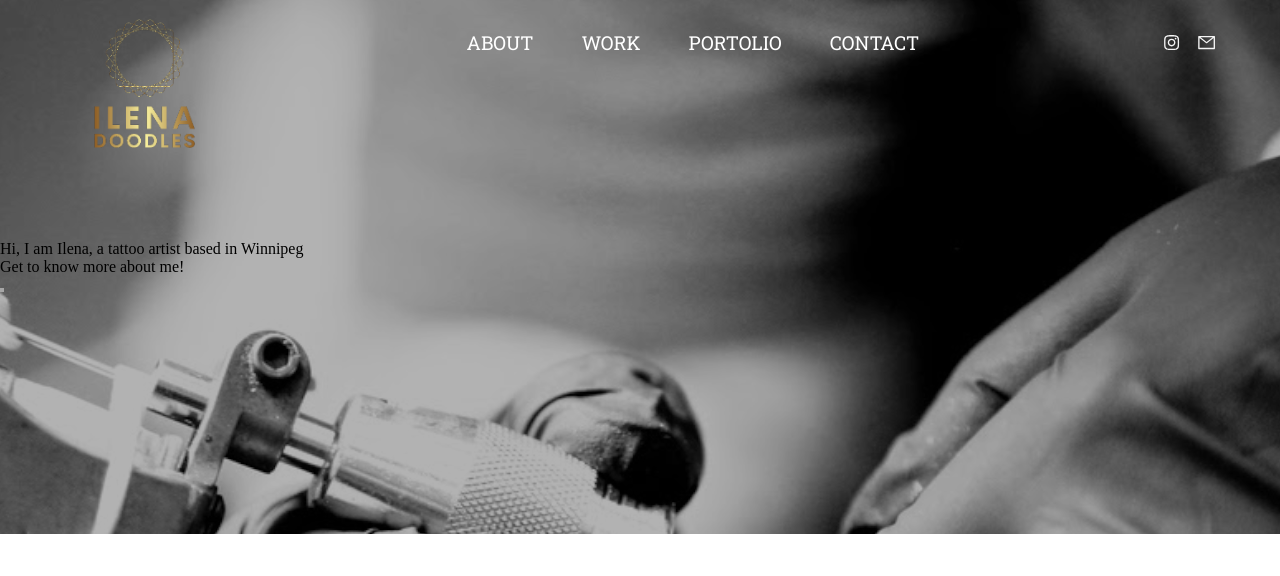
Repository: Leoka2000/Ilena
Page: /
These files come from the project's save history. The page is drawn as it stood at one moment and after the next save; the edit follows.
The browser window is 1280 px wide. The pictures show the whole page.
Some web fonts or font styles are not loaded; a fallback is used. The project was rebuilt for these pictures with package versions that can differ from the ones it lists, and the page was loaded fresh each time. Also part of the build but not shown: src/App.css.

Above is the page before, as saved 2023-03-02 10:40:50.

### public/index.html
<!DOCTYPE html>
<html lang="en">
  <head>
    <meta charset="utf-8" />
    <link rel="icon" href="%PUBLIC_URL%/favicon.ico" />
    <meta name="viewport" content="width=device-width, initial-scale=1" />
    <meta name="theme-color" content="#000000" />
    <meta
      name="description"
      content="Web site created using create-react-app"
    />
    <link rel="apple-touch-icon" href="%PUBLIC_URL%/logo192.png" />
    <!--
      manifest.json provides metadata used when your web app is installed on a
      user's mobile device or desktop. See https://developers.google.com/web/fundamentals/web-app-manifest/
    -->

    <!-- Gloock -->
    <link rel="preconnect" href="https://fonts.googleapis.com">
<link rel="preconnect" href="https://fonts.gstatic.com" crossorigin>
<link href="https://fonts.googleapis.com/css2?family=Fira+Sans+Extra+Condensed:wght@300&family=Inter:wght@300;400;500;600;700&family=Roboto+Condensed:wght@300&family=Roboto+Slab:wght@400;500;600&display=swap" rel="stylesheet">
    <!-- Gloock -->
    <!-- FONT MULISH -->
    <link rel="preconnect" href="https://fonts.googleapis.com">
<link rel="preconnect" href="https://fonts.gstatic.com" crossorigin>
<link href="https://fonts.googleapis.com/css2?family=Fira+Sans+Extra+Condensed:wght@300&family=Inter:wght@300;400;500;600;700&family=Roboto+Condensed:wght@300&family=Roboto+Slab:wght@400;500;600&display=swap" rel="stylesheet">
    <!-- FONT MULISH -->
    <link rel="manifest" href="%PUBLIC_URL%/manifest.json" />
    <!--
      Notice the use of %PUBLIC_URL% in the tags above.
      It will be replaced with the URL of the `public` folder during the build.
      Only files inside the `public` folder can be referenced from the HTML.

      Unlike "/favicon.ico" or "favicon.ico", "%PUBLIC_URL%/favicon.ico" will
      work correctly both with client-side routing and a non-root public URL.
      Learn how to configure a non-root public URL by running `npm run build`.
    -->
    <title>React App</title>
  </head>
  <body>
    <noscript>You need to enable JavaScript to run this app.</noscript>
    <div id="root"></div>
    <!--
      This HTML file is a template.
      If you open it directly in the browser, you will see an empty page.

      You can add webfonts, meta tags, or analytics to this file.
      The build step will place the bundled scripts into the <body> tag.

      To begin the development, run `npm start` or `yarn start`.
      To create a production bundle, use `npm run build` or `yarn build`.
    -->
  </body>
</html>

### src/App.js
import Home from './pages/home/home'
import './App.css';
import Navbar from './components/navbar';

function App() {
  return (
    <>
      <Navbar/>
    <Home/>
    </>
  );
}

export default App;

### src/pages/home/home.js
import React from 'react'
import Hero from '../hero/hero'


const home = () => {
  return (
    <>
      <Hero/>
    </>
  )
}

export default home

### src/components/navbar.jsx
import React, { useRef, useState } from 'react'
import './navbar.css'
import { AiOutlineInstagram } from 'react-icons/ai'
import { AiOutlineMail } from 'react-icons/ai'
import Logo from '../assets/brand/logo.png'
import { FaBars } from 'react-icons/fa'
import { FaTimes } from 'react-icons/fa'
import { Link } from 'react-scroll'

const Navbar = () => {
  const navRef = useRef();

  const showNavbar = () => {
    navRef.current.classList.toggle("responsive_nav");
  };

  return (
    <div className='navbar-renderer'>
      <nav ref={navRef}>
        <img src={Logo} />
        <ul>
          <li><Link onClick={showNavbar} spy={true} smooth={true} offset={100} duration={500}>ABOUT</Link></li>
          <li><Link onClick={showNavbar} spy={true} smooth={true} offset={100} duration={500}>WORK</Link></li>
          <li><Link onClick={showNavbar} spy={true} smooth={true} offset={100} duration={500}>PORTOLIO</Link></li>
          <li><Link onClick={showNavbar} spy={true} smooth={true} offset={100} duration={500}>CONTACT</Link></li>
        </ul>
        <div className='navbar-icons-wrapper'>
          <a><AiOutlineInstagram /></a>
          <a><AiOutlineMail /></a>
        </div>
        <button
          className="close"
          onClick={showNavbar}>
          <FaTimes />
        </button>
      </nav>

      <button onClick={showNavbar} className='bars-button'>
        <FaBars className='bars' />
      </button>
    </div>
  )
}

export default Navbar

### src/pages/hero/hero.js
import React from 'react'
import './hero.css'

const hero = () => {
  return (
    <section className='hero-section'>
      <h1>Hi, I am Ilena, a tattoo artist based in Winnipeg</h1>
      <p>Get to know more about me!</p>
      <button></button>
    </section>
  )
}

export default hero

### src/components/navbar.css
.navbar-renderer {
    display: flex;
    justify-content: center;
    position: fixed;
    width: 100%;
    z-index: 1;
}
nav {
    display: flex;
    height: 85px;
background-color: transparent;
justify-content: space-between;
align-items: center;
width: 90%;
font-family: 'Fira Sans Extra Condensed', sans-serif;
font-family: 'Inter', sans-serif;
font-family: 'Roboto Condensed', sans-serif;
font-family: 'Roboto Slab', serif;

}
nav > img {
width: 10rem;
height: 10rem;
margin-top: 5rem;
}

nav > ul {
    display: flex;
    gap: 3rem;
    font-size: 1.2rem;
    color: white;
}
nav > ul > li:hover {
    color: rgb(133, 113, 0);
}
nav > ul > li {
   list-style: none;
   cursor: pointer;
   transition: 0.5s;

}
.navbar-icons-wrapper {
    display: flex;
    color: whitesmoke;
    font-size: 1.2rem;
    gap: 1rem;

}
.navbar-icons-wrapper > a > svg {
    transition: 0.4s;
}
.navbar-icons-wrapper > a > svg:hover {
    cursor: pointer;
    color: rgb(133, 113, 0);
}
.bars-button {
    position: fixed;
    right: 10rem;
    font-size: 2rem;
    background-color: transparent;
    outline: none;
    border: none;
    cursor: pointer;
    display: none;
}
.close {
    display: none;
}
@media only screen and (max-width: 1024px) {
    .bars-button {
        position: fixed;
        right: 1.5em;
        top: 1.5rem;
        font-size: 2rem;
        background-color: transparent;
        outline: none;
        border: none;
        cursor: pointer;
        display: flex;
    }
    .close {
        position: absolute;
		top: 1.5rem;
		right: 1.5rem;
        color: rgb(0, 0, 0);
        background: transparent;
	border: none;
	outline: none;
    display: flex;
    font-size: 1.7rem;
    cursor: pointer;
     }
    .responsive_nav{
		transform: none;
        display: flex;
        justify-content: flex-start;
		width: 100%;


	}
	nav {
        position: fixed;
		top: 0rem;
		left: 0rem;
		height: 100%;
		width: 100%;
		display: flex;
		flex-direction: column;
		align-items: center;
		justify-content: flex-start;
		gap: 2rem;
        text-align: center;
		padding-top: 5rem;
		transition: 0.8s;
		transform: translateY(-200vh);
        color: #677294;
		/* IMPORTANTE */
		background-color: rgb(206, 206, 206);
        z-index: 50;
	/* aqui que a magica acontece, esse é mt importante */
	}
}

### src/pages/hero/hero.css
.hero-section {
    padding: 15rem 0 15rem 0;
    background-image: url('../../assets/brand/hero-img.png');
    object-fit: contain;
    background-position: top;
    background-attachment: scroll;
  filter: brightness(0.7);
  z-index: -1;
}

Loaded but not shown: src/index.js (common file); src/index.css (common file)

After the next save:
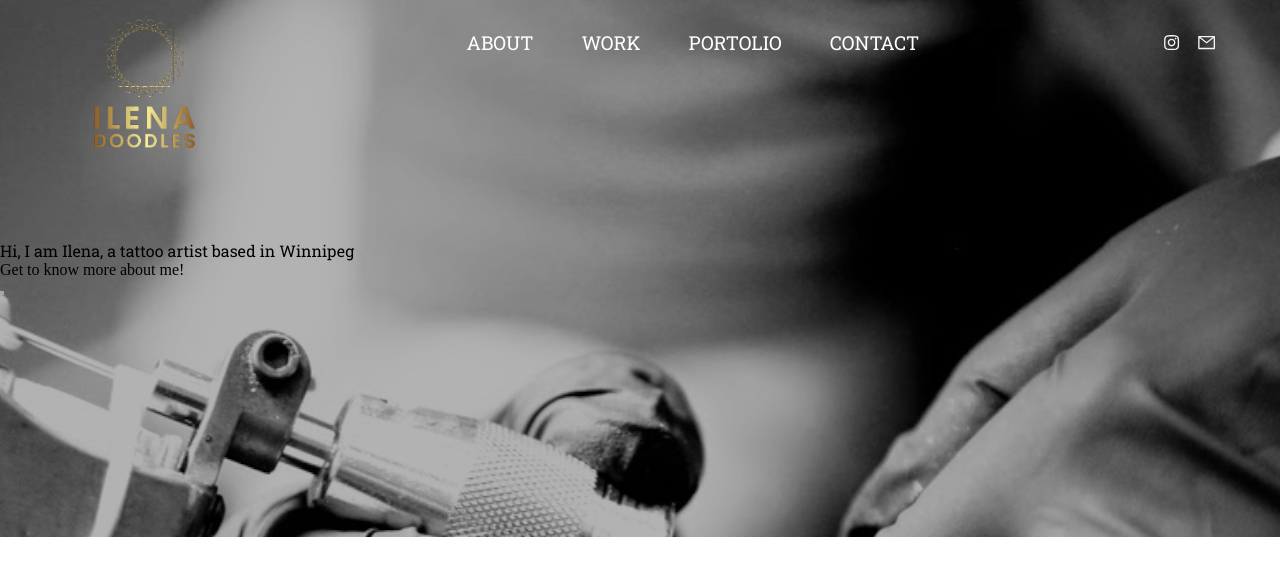
Saved 6 s later.
--- a/src/pages/hero/hero.css
+++ b/src/pages/hero/hero.css
@@ -7,3 +7,9 @@
   filter: brightness(0.7);
   z-index: -1;
 }
+.hero-section > h1 {
+    font-family: 'Fira Sans Extra Condensed', sans-serif;
+font-family: 'Inter', sans-serif;
+font-family: 'Roboto Condensed', sans-serif;
+font-family: 'Roboto Slab', serif;
+}

After the 2 saves that followed:
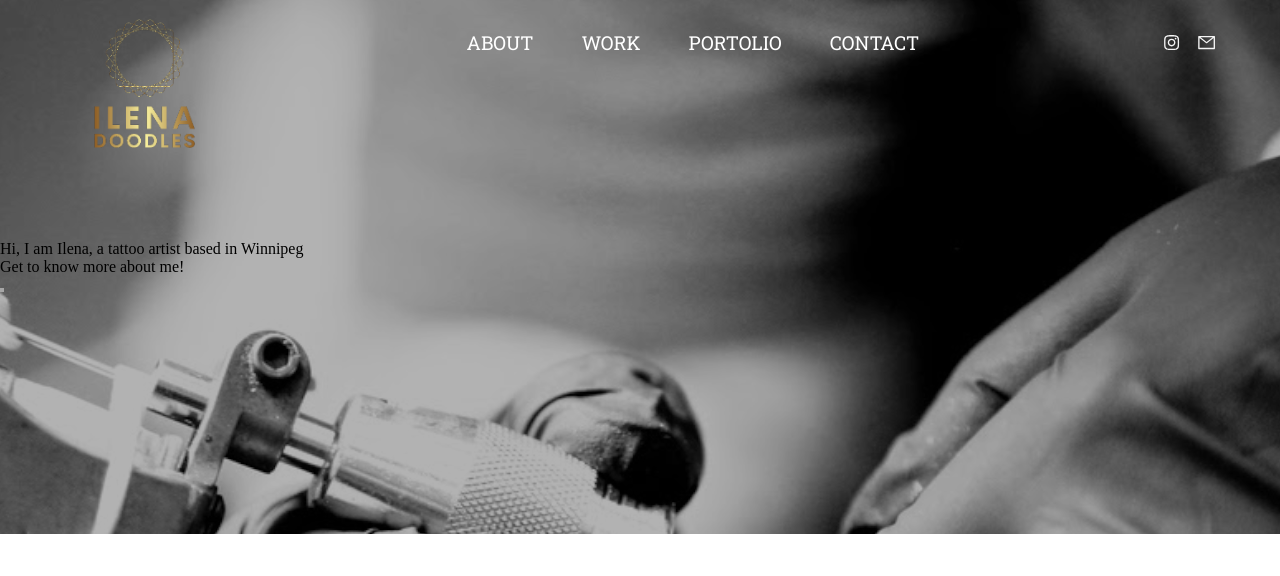
The 2 saves are shown as one change because 1 left the picture as it was.
The last was saved 80 s later.
--- a/src/pages/hero/hero.css
+++ b/src/pages/hero/hero.css
@@ -8,8 +8,7 @@
   z-index: -1;
 }
 .hero-section > h1 {
-    font-family: 'Fira Sans Extra Condensed', sans-serif;
-font-family: 'Inter', sans-serif;
-font-family: 'Roboto Condensed', sans-serif;
-font-family: 'Roboto Slab', serif;
+
+font-family: 'Gloock', serif;
+
 }
